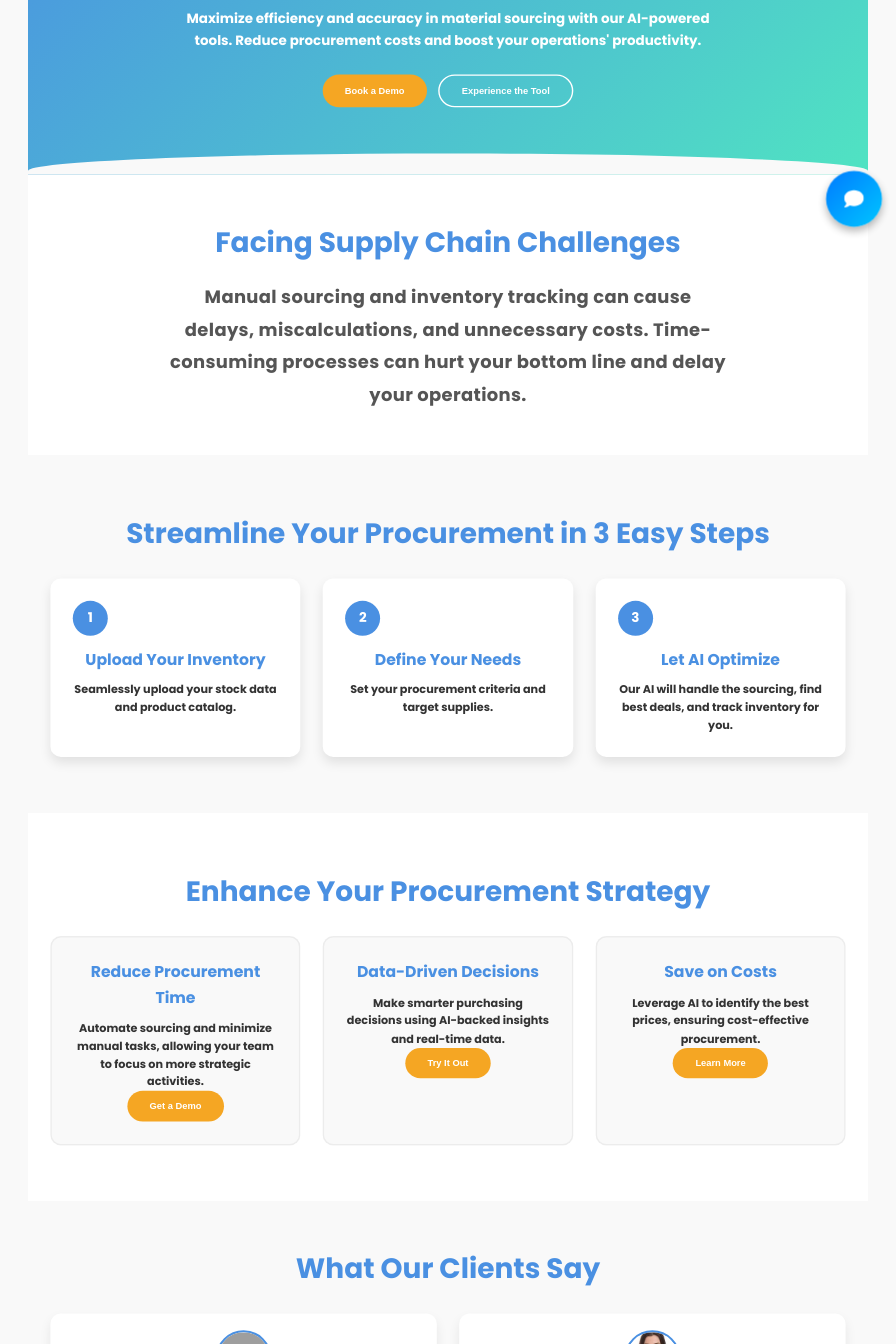
Repository: aabhashbasnet/SSNCorporation
Page: /who-we-serve/suppliers
The author's editor kept a copy of each file at every save. The page is drawn from the files as they stood at one save, then again after the next save.
The browser window is 1280 px wide. The pictures show the part of the page from y = 375 to 2295 px (the page is 3187 px tall), at 70% of full size.
Pictures or frames that could not be fetched are drawn as grey boxes. The project was rebuilt for these pictures with package versions that can differ from the ones it lists, and the page was loaded fresh each time. Also part of the build but not shown: src/components/Main/Main.jsx, src/components/Working/Working.css, src/components/Working/Working.jsx, src/components/Footer/Footer.jsx, src/pages/OurMission/OurMission.jsx, src/pages/LoginSignUp/LoginSignUp.css, src/pages/LoginSignUp/LoginSignUp.jsx, src/pages/Industries/Industries.jsx and 12 more.

Above is the page before, as saved 2025-02-11 13:01:35.

### src/index.css
/* index.css or App.css */
body {
  margin: 0;
  padding: 0;
  font-family: 'Poppins', sans-serif; /* Optional: Add modern typography */
  /* background: linear-gradient(to bottom, #0a192f, #162447); */
  /* background: linear-gradient(to bottom, #0a192f, #004aad); */
  /* background: radial-gradient(circle at top, #00c6ff, #0072ff, #0a192f);
  background: radial-gradient(circle at top, #ff7e5f, #feb47b, #f4f4f4);
  background: radial-gradient(circle at top, #6a11cb, #2575fc);
  background: radial-gradient(circle at top, #ff416c, #ff4b2b); */
  background: radial-gradient(circle at top, #fbc2eb, #a6c1ee);
  color: white; /* Ensures text is readable */
  min-height: 100vh;
}

### src/App.css
.app-container {
  min-height: 100vh;
  display: flex;
  flex-direction: column;
  background-size: cover;
  background-position: center;
}

### src/components/Main/Main.css
/* Ensure the main content takes up the remaining spaces */
html, body {
  height: 100%;
  margin: 0;
}

/* Main content styling */
.main-content {
  padding: 50px 20px;
  text-align: center; /* Center align the content */
  min-height: calc(100vh - 80px); /* Adjust height to fill the remaining space after navbar */
  display: flex;
  flex-direction: column;
  justify-content: center;
  align-items: center; /* Ensure content is centered horizontally */
}

/* Headline styling */
.headline {
  font-family: Verdana, Geneva, Tahoma, sans-serif;
  font-size: 72px; /* Increased font size */
  font-weight: bold;
  color: #333; /* Dark color for readability */
  margin-bottom: 20px;
  line-height: 1.2;
  white-space: normal; /* Allow line breaks */
  display: inline-block; /* Make it an inline-block element */
  max-width: 90%; /* Set a max-width for better control */
}

/* Description styling */
.description {
  font-size: 18px;
  font-weight: bolder;
  color: white; /* Slightly lighter color */
  max-width: 800px; /* Set max-width to avoid overly long lines */
  margin: 0 auto; /* Center align */
  line-height: 1.6;
}

.instant {
  color: red;
}

/* Button container styling */
.button-container {
  display: flex;
  gap: 20px; /* Add space between buttons */
  justify-content: center;
  margin-top: 20px;
  flex-wrap: wrap; /* Ensure buttons wrap on small screens */
  align-items: center; /* Center the buttons */
}

/* Button base styling */
.button {
  padding: 12px 30px;
  font-size: 16px;
  font-weight: bold;
  border: none;
  border-radius: 5px;
  cursor: pointer;
  transition: transform 0.3s ease, background-color 0.3s ease;
  display: inline-block;
}

/* Default button styling (for both buttons) */
.button:hover {
  transform: translateY(-3px);
}

/* "Get Started" button styling */
.button.primary {
  background-color: #007bff; /* Blue color */
  color: white;
  font-size: larger;
}

.button.primary:hover {
  background-color: #0056b3; /* Darker blue on hover */
}

/* "Connect with Us" button styling */
.button.connect {
  background-color: #28a745; /* Green color */
  color: white;
}

.button.connect:hover {
  background-color: #218838; /* Darker green on hover */
}

/* Add some responsive styling */
@media (max-width: 768px) {
  .headline {
    font-size: 48px; /* Adjust the headline font size on mobile */
  }

  .description {
    font-size: 16px; /* Adjust description font size on mobile */
    padding: 0 20px; /* Add padding on sides for better readability */
  }

  .button-container {
    flex-direction: column; /* Stack buttons on mobile */
    align-items: center; /* Center align the buttons */
  }

  .button {
    width: 100%; /* Make buttons full width on small screens */
    max-width: 300px; /* Set a maximum width for buttons */
    margin: 10px 0; /* Add margin for space between buttons */
  }
}

### src/components/Footer/Footer.css
.footer {
    background-color: #333;
    background: #2c3e50; /* Dark blue/gray */
    background: radial-gradient(circle at top, #333, #555);
    background: radial-gradient(circle at top, #4b0082, #2c003e);
    background: radial-gradient(circle at top, #2a2a2a, #3b3b3b);
    background: radial-gradient(circle at top, #2a2a2a, #4e4e4e);

    color: white;
    padding: 30px;
  }

  .footer-content {
    display: flex;
    flex-wrap: wrap;
    justify-content: space-around;
    max-width: 1200px;
    margin: 0 auto;
  }

  .footer-section {
    flex: 1 1 30%;
    margin-bottom: 20px;
    text-align: center;
  }

  .logo {
    width: 120px;
    height: auto;
    margin-bottom: 15px;
  }

  .social-links {
    display: flex;
    justify-content: center; /* Center social icons */
    gap: 20px;
  }

  .social-icon {
    font-size: 28px;
    color: white;
    transition: color 0.3s ease;
  }

  .social-icon:hover {
    color: #0e76a8;
  }


  .footer-section h4 {
    font-size: 1.5rem; /* Use rem for scalable font sizes */
    font-weight: bold;
    margin-bottom: 10px;
    color: rgb(11, 240, 11);
    text-transform: uppercase;
  }
  .footer-nav {
    list-style: none;
    padding: 0;
    margin: 0;
  }

  .footer-nav li {
    margin-bottom: 10px;
  }

  .footer-nav a {
    font-size: 1rem;
    color: hsl(0, 0%, 100%);
    text-decoration: none;
    transition: color 0.3s ease;
  }

  .footer-nav a:hover {
    color: #0e76a8;
  }

  .newsletter {
    display: flex;
    flex-direction: column; /* Stack input and button */
    align-items: center; /* Center content horizontally */
  }

  .email-input {
    padding: 10px;
    border: 1px solid #fff;
    border-radius: 5px;
    width: 80%; /* Make input responsive */
    margin-bottom: 10px;
    background-color: #444;
    color: white;
  }

  .subscribe-button {
    padding: 10px 20px;
    background-color: #d31b1b;
    color: white;
    border: none;
    border-radius: 5px;
    cursor: pointer;
    transition: background-color 0.3s ease;
    width: 80%; /* Make button responsive */
  }

  .subscribe-button:hover {
    background-color: #b91b1b;
  }

  @media screen and (max-width: 768px) {
    .footer-section {
      flex: 1 1 100%; /* Each section takes full width on mobile */
      margin-bottom: 20px; /* Add space between sections */
    }

    .newsletter {
      flex-direction: column; /* Stack input and button vertically */
      align-items: center; /* Center the content horizontally */
    }

    .email-input,
    .subscribe-button {
      width: 100%; /* Full width input and button */
    }

    .footer-nav li {
      margin-bottom: 5px; /* Reduce margin between links */
    }
  }

### src/pages/Industries/Industries.css
/* Import Poppins font */
@import url('https://fonts.googleapis.com/css2?family=Poppins:wght@700&display=swap');

.industries-container {
  padding: 5rem 1rem;
}

.industries-title {
  font-family: Arial, Helvetica, sans-serif;
  text-align: center;
  font-size: 2.9rem;
  color: #1f2937;
  margin-bottom: 1rem;
  font-weight: 1000;
}

.industries-subtitle {
  text-align: center;
  color: #4b5563;
  font-size: 1.125rem;
  max-width: 800px;
  margin: 0 auto 3rem;
  line-height: 1.6;
}

.industries-grid {
  display: grid;
  gap: 2rem;
  grid-template-columns: 1fr;
}

.industry-card {
  background: white;
  padding: 2.5rem;
  border-radius: 1rem;
  box-shadow: 0 4px 6px -1px rgba(0, 0, 0, 0.1);
  transition: transform 0.3s ease, box-shadow 0.3s ease;
}

.industry-card:hover {
  transform: translateY(-5px);
  box-shadow: 0 10px 15px -3px rgba(0, 0, 0, 0.1);
}

.icon-container {
  width: 60px;
  height: 60px;
  border-radius: 50%;
  display: flex;
  align-items: center;
  justify-content: center;
  margin-bottom: 1.5rem;
}

.industry-icon {
  font-size: 2.5rem;
  color: white;
}

.industry-title {
  color: #1f2937;
  font-size: 1.5rem;
  margin: 1.5rem 0 1rem;
  font-weight: 600;
}

.industry-description {
  color: #4b5563;
  line-height: 1.6;
  margin-bottom: 1.5rem;
}

.learn-more-btn {
  color: #3b82f6;
  text-decoration: none;
  font-weight: 500;
  display: inline-flex;
  align-items: center;
  gap: 0.5rem;
  transition: color 0.3s ease;
}

.learn-more-btn:hover {
  color: #2563eb;
}

@media (min-width: 768px) {
  .industries-grid {
    grid-template-columns: repeat(2, 1fr);
  }
}

@media (min-width: 1024px) {
  .industries-grid {
    grid-template-columns: repeat(4, 1fr);
  }

  .industries-title {
    font-size: 3rem;
  }

  .industries-subtitle {
    font-size: 1.25rem;
  }
}

### src/pages/Industries/GeneralConstruction.css
/* Reset and base styles */
* {
  margin: 0;
  padding: 0;
  box-sizing: border-box;
}

body {
  background-color: #f5f7fa;
}

/* General section styling */
section {
  padding: 4rem 2rem;
  max-width: 1200px;
  margin: 0 auto;
}

/* Overview section */
.overview-section {
  display: flex;
  gap: 3rem;
  align-items: center;
  min-height: 80vh;
  background: linear-gradient(135deg, #e8f4fd 0%, #f5f7fa 100%);
  border-radius: 20px;
  margin: 2rem auto;
}

.overview-text {
  flex: 1;
}

.overview-text h1 {
  font-size: 3rem;
  margin-bottom: 1.5rem;
  color: #2c3e50;
  line-height: 1.2;
  font-weight: 700;
}

.overview-text p {
  font-size: 1.1rem;
  line-height: 1.6;
  color: #5a6c7d;
  margin-bottom: 1.5rem;
}

.overview-image {
  flex: 1;
  position: relative;
}

.overview-image img {
  width: 100%;
  height: auto;
  border-radius: 15px;
  box-shadow: 0 20px 40px rgba(0, 0, 0, 0.1);
}

/* Features and Benefits section */
.features-benefits {
  background: linear-gradient(135deg, #f5f7fa 0%, #e8f4fd 100%);
  text-align: center;
  padding: 5rem 2rem;
  border-radius: 20px;
  margin: 2rem auto;
}

.features-benefits h2 {
  font-size: 2.5rem;
  color: #2c3e50;
  margin-bottom: 3rem;
  font-weight: 700;
}

.feature-card {
  background: rgba(255, 255, 255, 0.9);
  padding: 2rem;
  border-radius: 10px;
  box-shadow: 0 10px 20px rgba(0, 0, 0, 0.05);
  transition: transform 0.3s ease;
  text-align: center;
}

.feature-card:hover {
  transform: translateY(-5px);
  background: rgba(255, 255, 255, 0.95);
  box-shadow: 0 15px 30px rgba(0, 0, 0, 0.1);
}

.feature-card i {
  font-size: 2.5rem;
  margin-bottom: 1rem;
}

.feature-card h3 {
  font-size: 1.5rem;
  color: #2c3e50;
  margin-bottom: 1rem;
  font-weight: 600;
}

.feature-card p {
  color: #5a6c7d;
  line-height: 1.5;
}

/* CTA section */
.cta-section {
  text-align: center;
  background: linear-gradient(135deg, #3498db, #2980b9);
  color: white;
  border-radius: 15px;
  margin: 2rem auto;
  padding: 4rem 2rem;
  box-shadow: 0 15px 30px rgba(41, 128, 185, 0.2);
}

.cta-section h2 {
  font-size: 2.5rem;
  margin-bottom: 1.5rem;
  font-weight: 700;
}

.cta-section p {
  font-size: 1.2rem;
  margin-bottom: 2rem;
  max-width: 600px;
  margin-left: auto;
  margin-right: auto;
  line-height: 1.6;
}

.cta-button {
  display: inline-block;
  padding: 1rem 2rem;
  font-size: 1.2rem;
  font-weight: 600;
  text-decoration: none;
  color: white;
  background: linear-gradient(135deg, #28a745, #218838);
  border-radius: 30px;
  transition: all 0.3s ease;
  cursor: pointer;
  border: 2px solid transparent;
  box-shadow: 0 4px 15px rgba(40, 167, 69, 0.2);
}

.cta-button:hover {
  transform: scale(1.05);
  box-shadow: 0 6px 20px rgba(40, 167, 69, 0.3);
  background: linear-gradient(135deg, #218838, #28a745);
  color: white;
  border-color: rgba(255, 255, 255, 0.2);
}

/* Responsive Design */
@media (max-width: 1024px) {
  .features-grid {
      grid-template-columns: repeat(2, 1fr);
  }
}

@media (max-width: 768px) {
  .overview-section {
      flex-direction: column;
      text-align: center;
  }

  .overview-text h1 {
      font-size: 2.5rem;
  }

  .features-grid {
      grid-template-columns: 1fr;
  }

  .cta-section h2 {
      font-size: 2rem;
  }
}

@media (max-width: 480px) {
  section {
      padding: 2rem 1rem;
  }

  .overview-text h1 {
      font-size: 2rem;
  }

  .features-benefits h2 {
      font-size: 2rem;
  }

  .feature-card {
      margin: 0;
  }

  .cta-button {
      width: 90%;
      max-width: 300px;
  }
}

### src/pages/Industries/FacilitiesMaintainance.css
/* Reset and base styles */
* {
  margin: 0;
  padding: 0;
  box-sizing: border-box;
}

body {
  background-color: #f5f7fa;
}

/* General section styling */
section {
  padding: 4rem 2rem;
  max-width: 1200px;
  margin: 0 auto;
}

/* Overview section */
.overview-section {
  display: flex;
  gap: 3rem;
  align-items: center;
  min-height: 80vh;
  background: linear-gradient(135deg, #e8f4fd 0%, #f5f7fa 100%);
  border-radius: 20px;
  margin: 2rem auto;
}

.overview-text {
  flex: 1;
}

.overview-text h1 {
  font-size: 3rem;
  margin-bottom: 1.5rem;
  color: #2c3e50;
  line-height: 1.2;
  font-weight: 700;
}

.overview-text p {
  font-size: 1.1rem;
  line-height: 1.6;
  color: #5a6c7d;
  margin-bottom: 1.5rem;
}

.overview-image {
  flex: 1;
  position: relative;
}

.overview-image img {
  width: 100%;
  height: auto;
  border-radius: 15px;
  box-shadow: 0 20px 40px rgba(0, 0, 0, 0.1);
}

/* Features and Benefits section */
.features-benefits {
  background: linear-gradient(135deg, #f5f7fa 0%, #e8f4fd 100%);
  text-align: center;
  padding: 5rem 2rem;
  border-radius: 20px;
  margin: 2rem auto;
}

.features-benefits h2 {
  font-size: 2.5rem;
  color: #2c3e50;
  margin-bottom: 3rem;
  font-weight: 700;
}

.feature-card {
  background: rgba(255, 255, 255, 0.9);
  padding: 2rem;
  border-radius: 10px;
  box-shadow: 0 10px 20px rgba(0, 0, 0, 0.05);
  transition: transform 0.3s ease;
  text-align: center;
}

.feature-card:hover {
  transform: translateY(-5px);
  background: rgba(255, 255, 255, 0.95);
  box-shadow: 0 15px 30px rgba(0, 0, 0, 0.1);
}

.feature-card i {
  font-size: 2.5rem;
  margin-bottom: 1rem;
}

.feature-card h3 {
  font-size: 1.5rem;
  color: #2c3e50;
  margin-bottom: 1rem;
  font-weight: 600;
}

.feature-card p {
  color: #5a6c7d;
  line-height: 1.5;
}

/* CTA section */
.cta-section {
  text-align: center;
  background: linear-gradient(135deg, #3498db, #2980b9);
  color: white;
  border-radius: 15px;
  margin: 2rem auto;
  padding: 4rem 2rem;
  box-shadow: 0 15px 30px rgba(41, 128, 185, 0.2);
}

.cta-section h2 {
  font-size: 2.5rem;
  margin-bottom: 1.5rem;
  font-weight: 700;
}

.cta-section p {
  font-size: 1.2rem;
  margin-bottom: 2rem;
  max-width: 600px;
  margin-left: auto;
  margin-right: auto;
  line-height: 1.6;
}

.cta-button {
  display: inline-block;
  padding: 1rem 2rem;
  font-size: 1.2rem;
  font-weight: 600;
  text-decoration: none;
  color: white;
  background: linear-gradient(135deg, #28a745, #218838);
  border-radius: 30px;
  transition: all 0.3s ease;
  cursor: pointer;
  border: 2px solid transparent;
  box-shadow: 0 4px 15px rgba(40, 167, 69, 0.2);
}

.cta-button:hover {
  transform: scale(1.05);
  box-shadow: 0 6px 20px rgba(40, 167, 69, 0.3);
  background: linear-gradient(135deg, #218838, #28a745);
  color: white;
  border-color: rgba(255, 255, 255, 0.2);
}

/* Responsive Design */
@media (max-width: 1024px) {
  .features-grid {
      grid-template-columns: repeat(2, 1fr);
  }
}

@media (max-width: 768px) {
  .overview-section {
      flex-direction: column;
      text-align: center;
  }

  .overview-text h1 {
      font-size: 2.5rem;
  }

  .features-grid {
      grid-template-columns: 1fr;
  }

  .cta-section h2 {
      font-size: 2rem;
  }
}

@media (max-width: 480px) {
  section {
      padding: 2rem 1rem;
  }

  .overview-text h1 {
      font-size: 2rem;
  }

  .features-benefits h2 {
      font-size: 2rem;
  }

  .feature-card {
      margin: 0;
  }

  .cta-button {
      width: 90%;
      max-width: 300px;
  }
}

### src/pages/WhoWeServe/Suppliers.css
/* Suppliers.css */

/* CSS Variables & Reset */
:root {
    --primary-color: #4a90e2;       /* A cool blue */
    --secondary-color: #50e3c2;     /* A fresh teal */
    --accent-color: #f5a623;        /* A warm accent (orange-ish) */
    --text-color: #333333;          /* Dark text */
    --light-text: #ffffff;          /* Light text for dark backgrounds */
    --bg-color: #f9f9f9;
    --card-bg: #ffffff;             /* Card background */
    --transition: all 0.3s ease;
  }

  * {
    margin: 0;
    padding: 0;
    box-sizing: border-box;
  }

  body {
    font-family: 'Poppins', sans-serif;
    background: var(--bg-color);
    color: var(--text-color);
    line-height: 1.6;
  }

  /* Hero Section */
  .hero {
    background: linear-gradient(135deg, var(--primary-color), var(--secondary-color));
    color: var(--light-text);
    padding: 6rem 2rem;
    text-align: center;
    position: relative;
    overflow: hidden;
  }

  .hero::after {
    content: '';
    position: absolute;
    bottom: -20px;
    left: 0;
    width: 100%;
    height: 50px;
    background: var(--bg-color);
    border-radius: 50% 50% 0 0;
  }

  .hero-content {
    position: relative;
    z-index: 1;
    max-width: 800px;
    margin: 0 auto;
  }

  .hero h1 {
    font-size: 3rem;
    margin-bottom: 1rem;
    font-weight: 700;
  }

  .hero p {
    font-size: 1.2rem;
    margin-bottom: 2rem;
  }

  .hero-buttons {
    display: inline-flex;
    gap: 1rem;
    flex-wrap: wrap;
    justify-content: center;
  }

  button {
    padding: 0.9rem 2rem;
    border: none;
    border-radius: 30px;
    font-weight: 600;
    cursor: pointer;
    transition: var(--transition);
  }

  /* Button Styles */
  .cta-demo {
    background: var(--accent-color);
    color: var(--light-text);
  }

  .cta-demo:hover {
    transform: translateY(-2px);
    /* You can adjust the hover effect as needed */
  }

  .cta-experience {
    background: transparent;
    border: 2px solid var(--light-text);
    color: var(--light-text);
  }

  .cta-experience:hover {
    background: rgba(255,255,255,0.2);
    transform: translateY(-2px);
  }

  /* Section Common Styles */
  section {
    padding: 5rem 2rem;
  }

  /* Headings */
  h2 {
    font-size: 2.5rem;
    text-align: center;
    margin-bottom: 2rem;
    color: var(--primary-color);
    font-weight: 700;
  }

  h3 {
    font-size: 1.4rem;
    font-weight: 600;
    margin-bottom: 0.8rem;
    color: var(--primary-color);
  }

  /* Challenges Section */
  .challenges {
    background: var(--card-bg);
    text-align: center;
    padding: 4rem 2rem;
  }

  .challenges h2 {
    margin-bottom: 1.5rem;
  }

  .challenges p {
    font-size: 1.6rem;        /* Larger text for emphasis */
    font-weight: 600;         /* Bolder for impact */
    color: #555;
    max-width: 800px;
    margin: 0 auto;
    line-height: 1.8;
    letter-spacing: 0.5px;
  }

  /* Process Section */
  .process {
    background: var(--bg-color);
    text-align: center;
  }

  .steps {
    display: grid;
    grid-template-columns: repeat(auto-fit, minmax(250px, 1fr));
    gap: 2rem;
    margin-top: 2rem;
  }

  .step {
    background: var(--card-bg);
    padding: 2rem;
    border-radius: 15px;
    box-shadow: 0 8px 16px rgba(0, 0, 0, 0.1);
    transition: var(--transition);
  }

  .step:hover {
    transform: translateY(-5px);
  }

  .step-number {
    width: 50px;
    height: 50px;
    background: var(--primary-color);
    color: var(--light-text);
    border-radius: 50%;
    display: flex;
    align-items: center;
    justify-content: center;
    font-size: 1.2rem;
    font-weight: 700;
    margin-bottom: 1rem;
  }

  /* Benefits Section */
  .benefits {
    background: var(--card-bg);
    text-align: center;
  }

  .benefit-container {
    display: grid;
    grid-template-columns: repeat(auto-fit, minmax(250px, 1fr));
    gap: 2rem;
    margin-top: 2rem;
  }

  .benefit {
    background: var(--bg-color);
    padding: 2rem;
    border-radius: 15px;
    border: 2px solid rgba(0, 0, 0, 0.05);
    transition: var(--transition);
  }

  .benefit:hover {
    transform: translateY(-5px);
    border-color: var(--primary-color);
  }

  /* Testimonials Section */
  .testimonials {
    background: var(--bg-color);
    text-align: center;
    padding: 4rem 2rem;
  }

  .testimonial-container {
    display: grid;
    grid-template-columns: repeat(auto-fit, minmax(280px, 1fr));
    gap: 2rem;
    margin-top: 2rem;
  }

  .testimonial {
    background: var(--card-bg);
    padding: 1.5rem;
    border-radius: 15px;
    box-shadow: 0 8px 16px rgba(0, 0, 0, 0.08);
  }

  .testimonial-image-container {
    width: 80px;
    height: 80px;
    border-radius: 50%;
    overflow: hidden;
    margin: 0 auto 1rem;
    border: 3px solid var(--primary-color);
  }

  .testimonial-image {
    width: 100%;
    height: 100%;
    object-fit: cover;
  }

  .testimonial p {
    font-size: 1rem;
    font-style: italic;
    color: #666;
    margin-bottom: 0.5rem;
  }

  .testimonial span {
    font-size: 0.9rem;
    color: #888;
  }

  /* Categories Section */
  .categories {
    background: var(--card-bg);
    text-align: center;
    padding: 4rem 2rem;
  }

  .categories ul {
    display: flex;
    flex-wrap: wrap;
    gap: 1rem;
    justify-content: center;
    margin-top: 2rem;
  }

  .categories li {
    background: var(--bg-color);
    color: var(--primary-color);
    padding: 0.8rem 1.5rem;
    border-radius: 50px;
    font-weight: 500;
    transition: var(--transition);
  }

  .categories li:hover {
    background: var(--primary-color);
    color: var(--light-text);
    transform: translateY(-2px);
  }

  /* Final Call-to-Action Section */
  .cta-final {
    background: var(--accent-color);
    color: var(--light-text);
    text-align: center;
    padding: 5rem 2rem;
    position: relative;
    overflow: hidden;
  }

  .cta-final::before {
    content: '';
    position: absolute;
    top: -50%;
    left: -50%;
    width: 200%;
    height: 200%;
    background: radial-gradient(circle at center, rgba(255,255,255,0.2), transparent);
    transform: rotate(45deg);
  }

  .cta-final h2 {
    font-size: 2.5rem;
    margin-bottom: 2rem;
    position: relative;
    z-index: 1;
  }

  .cta-buttons {
    display: inline-flex;
    gap: 1rem;
    position: relative;
    z-index: 1;
  }

  .cta-free {
    background: var(--light-text);
    color: var(--accent-color);
  }

  .cta-free:hover {
    background: #fff;
    transform: translateY(-2px);
  }

  /* Responsive Design */
  @media (max-width: 768px) {
    .hero h1 {
      font-size: 2.5rem;
    }

    .hero p {
      font-size: 1rem;
    }

    h2 {
      font-size: 2rem;
    }

    .cta-final h2 {
      font-size: 2rem;
    }
  }

Loaded but not shown: public/index.html (common file); src/index.js (common file); src/reportWebVitals.js (common file); src/App.js (63 lines, source omitted); src/components/FloatingChatButton/FloatingChatButton.jsx (177 lines, source omitted); src/components/FloatingChatButton/FloatingChatButton.css (285 lines, source omitted); src/components/Navbar/Navbar.jsx (138 lines, source omitted); src/pages/WhoWeServe/Suppliers.jsx (136 lines, source omitted); src/components/Navbar/Navbar.css (231 lines, source omitted); src/pages/Industries/Paving.css (214 lines, source omitted); src/pages/Industries/Landscaping.css (213 lines, source omitted); src/pages/OurMission/OurMission.css (228 lines, source omitted)

After the next save:
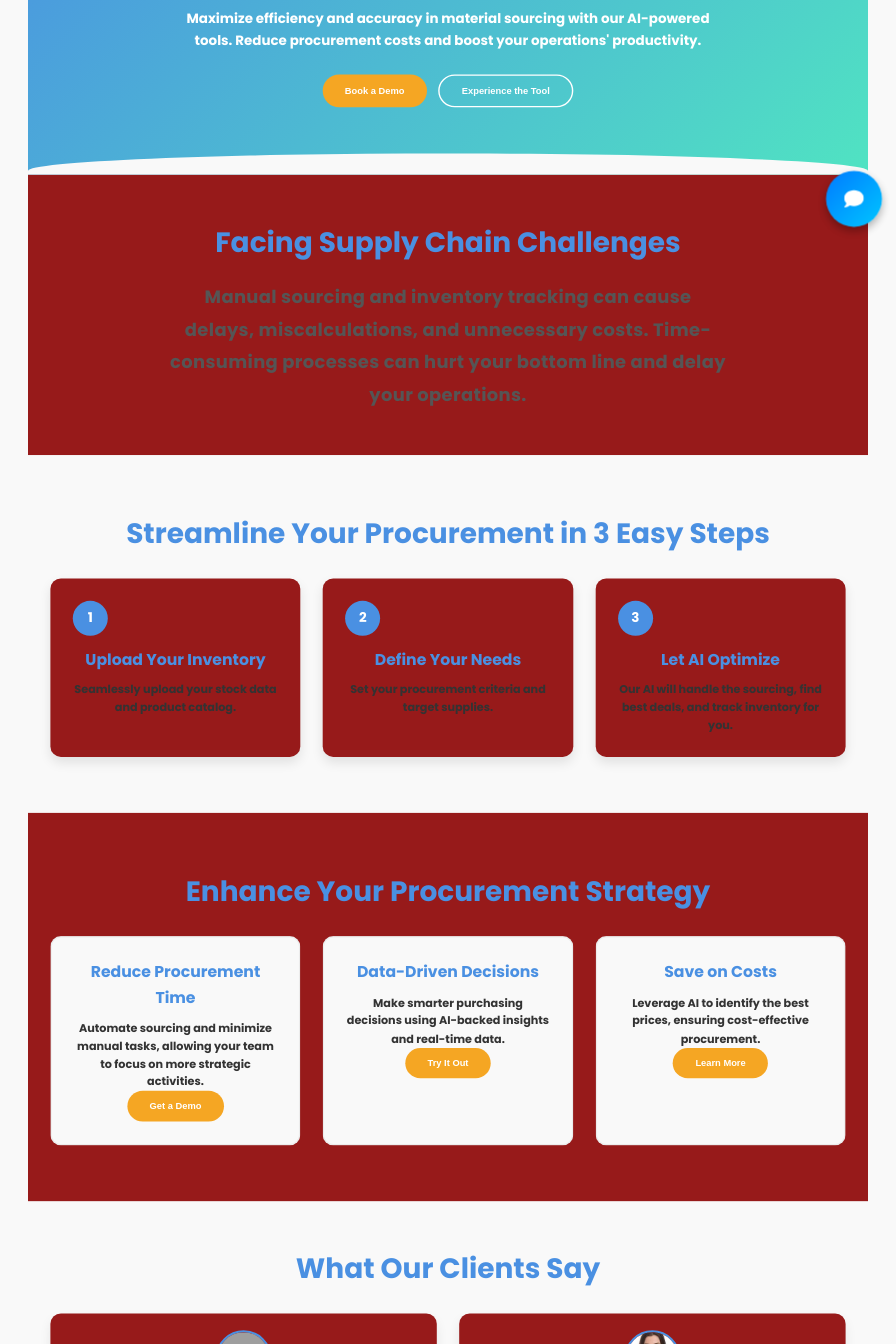
Saved 10 s later.
--- a/src/pages/WhoWeServe/Suppliers.css
+++ b/src/pages/WhoWeServe/Suppliers.css
@@ -8,7 +8,7 @@
     --text-color: #333333;          /* Dark text */
     --light-text: #ffffff;          /* Light text for dark backgrounds */
     --bg-color: #f9f9f9;
-    --card-bg: #ffffff;             /* Card background */
+    --card-bg: #971a1a;             /* Card background */
     --transition: all 0.3s ease;
   }
 
